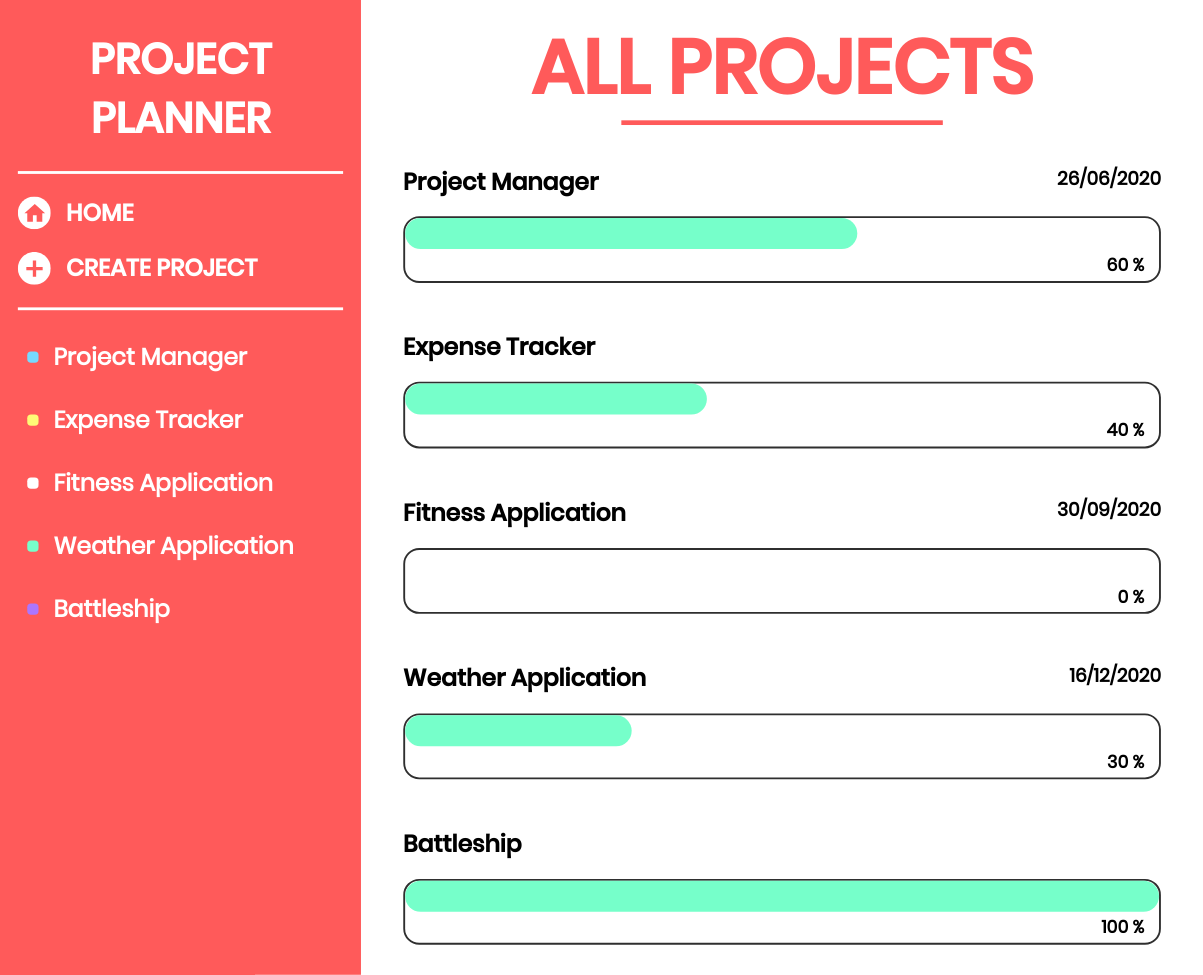
Repository: AzharMoosa/project-manager
Page: /
An editor plug-in stored every save of this project. The page is shown before and after a run of saves, followed by the edit.
The browser window is 1280 px wide. The pictures show the whole page, at 94% of full size.
The project was rebuilt for these pictures with package versions that can differ from the ones it lists, and the page was loaded fresh each time.

Above is the page before, as saved 2020-06-22 11:26:17.

### public/index.html
<!DOCTYPE html>
<html lang="en">
  <head>
    <meta charset="utf-8" />
    <link rel="icon" href="%PUBLIC_URL%/favicon.ico" />
    <meta name="viewport" content="width=device-width, initial-scale=1" />
    <meta name="theme-color" content="#000000" />
    <meta
      name="description"
      content="Web site created using create-react-app"
    />
    <link rel="apple-touch-icon" href="%PUBLIC_URL%/logo192.png" />

    <link rel="manifest" href="%PUBLIC_URL%/manifest.json" />

    <title>Project Planner</title>
  </head>
  <body>
    <noscript>You need to enable JavaScript to run this app.</noscript>
    <div id="root"></div>
  </body>
</html>

### src/App.js
import React from "react";
import Sidebar from "./components/sidebar/Siebar";
import Home from "./components/home/Home";
import { ProjectProvider } from "./ProjectContext";

import "./App.css";

function App() {
  return (
    <ProjectProvider>
      <div className='container'>
        <Sidebar />
        <Home />
      </div>
    </ProjectProvider>
  );
}

export default App;

### src/components/sidebar/Siebar.js
import React from "react";
import Header from "./Header";
import ProjectList from "../project-list/ProjectList";

const Siebar = () => {
  return (
    <div className='sidebar'>
      <Header />
      <ProjectList />
    </div>
  );
};

export default Siebar;

### src/components/home/Home.js
import React, { useContext } from "react";
import ProgectProgress from "./ProgectProgress";
import { ProjectContext } from "../../ProjectContext";

const Home = () => {
  // eslint-disable-next-line
  const [projects, setProjects] = useContext(ProjectContext);

  return (
    <div className='home'>
      <h1 className='home-title'>ALL PROJECTS</h1>
      {projects.map((project) => (
        <ProgectProgress
          name={project.name}
          date={project.date}
          progress={project.progress}
          key={project.id}
        />
      ))}
    </div>
  );
};

export default Home;

### src/ProjectContext.js
import React, { useState, createContext } from "react";

export const ProjectContext = createContext();

export const ProjectProvider = (props) => {
  const [projects, setProjects] = useState([
    {
      name: "Project Manager",
      overview:
        "A project management application which allows you to plan personal projects and track its progress.  Create detail plans of projects before developing projects.",
      tools: ["HTML", "CSS", "JAVASCRIPT", "REACT"],
      progress: 60,
      tasks: [
        "Create Project Plans",
        "Todo List for Each Project",
        "Track Progress",
        "Priority List",
        "Choose Tools In Each Project",
        "Clean And Simple Design",
        "Use REACT",
      ],
      color: "blue",
      date: "26/06/2020",
      id: 28392,
    },

    {
      name: "Expense Tracker",
      overview:
        "A expense tracker application which allows you to budget and track your savings.  Track what expenses you have",
      tools: ["HTML", "CSS", "JAVASCRIPT", "REACT"],
      progress: 40,
      tasks: [
        "Expenses In And Out",
        "Current Balance",
        "Highest Money Out",
        "Clean And Simple Design",
        "Use REACT",
      ],
      color: "yellow",
      date: "",
      id: 2032,
    },

    {
      name: "Fitness Application",
      overview:
        "A fitness application which can track workouts and meal plans. Plan exercise routines and meal plans all in one hub.",
      tools: [
        "HTML",
        "CSS",
        "JAVASCRIPT",
        "REACT",
        "NODEJS",
        "EXPRESS",
        "MONGODB",
      ],
      progress: 0,
      tasks: [
        "Exercise Plan",
        "Diet Plan",
        "Clean And Simple Design",
        "Use REACT",
      ],
      color: "white",
      date: "30/09/2020",
      id: 203234,
    },

    {
      name: "Weather Application",
      overview:
        "A weather application which can track weather and climate. See weather and climate for different locations all around the world.",
      tools: ["HTML", "CSS", "JAVASCRIPT", "REACT", "ADOBE XD"],
      progress: 30,
      tasks: [
        "Weather",
        "Temp, Humidity, Pressure",
        "Clean And Simple Design",
        "Use REACT",
      ],
      color: "green",
      date: "16/12/2020",
      id: 20327734,
    },

    {
      name: "Battleship",
      overview: "Battleship created in REACT and using Javascript Testing.",
      tools: ["HTML", "CSS", "JAVASCRIPT", "REACT", "ADOBE XD", "JEST"],
      progress: 100,
      tasks: [
        "Battleship Game",
        "Using Testing",
        "Clean And Simple Design",
        "Use REACT",
      ],
      color: "purple",
      date: "",
      id: 2027734,
    },
  ]);

  return (
    <ProjectContext.Provider value={[projects, setProjects]}>
      {props.children}
    </ProjectContext.Provider>
  );
};

### src/App.css
:root {
  --red: #ff5a5a;
  --green: #76ffca;
  --blue: #76daff;
  --yellow: #fffa76;
  --purple: #ab76ff;
}

/* CSS RESET */

* {
  margin: 0;
  padding: 0;
  box-sizing: border-box;
}

/* Fonts */

@font-face {
  font-family: "Poppins-Med";
  src: url("./fonts/Poppins-Medium.ttf");
}

@font-face {
  font-family: "Poppins-Reg";
  src: url("./fonts/Poppins-Regular.ttf");
}

/* Body */

body {
  font-family: "Poppins-Reg";
  line-height: 1.4;
}

/* Utilities */

/* Bullet Points */

.white:before,
.blue:before,
.yellow:before,
.green:before,
.purple:before {
  content: " ";
  height: 12px;
  width: 12px;
  margin-right: 1rem;
  border-radius: 4px;
}

.blue:before {
  background-color: var(--blue);
}

.yellow:before {
  background-color: var(--yellow);
}

.green:before {
  background-color: var(--green);
}

.purple:before {
  background-color: var(--purple);
}

.white:before {
  background-color: #fff;
}

/* Container */
.container {
  display: flex;
}

/* Sidebar */
.sidebar {
  width: 30vw;
  background-color: var(--red);
  min-height: 100vh;
  color: #fff;
}

.title {
  font-size: 45px;
  font-family: "Poppins-Med";
  text-align: center;
  padding-top: 2rem;
}

.nav-btns::after,
.nav-btns:before {
  content: " ";
  display: block;
  border-bottom: 3px solid #fff;
  width: 100%;
  margin: 1.5rem auto;
}

.nav-btns {
  width: 90%;
  margin: auto;
}

.home-btn,
.create-project-btn {
  display: flex;
  align-items: center;
  margin-top: 1.5rem;
}

.home-btn h3,
.create-project-btn h3 {
  margin-left: 1rem;
  font-family: "Poppins-Med";
  font-size: 25px;
}

.home-btn svg,
.create-project-btn svg {
  cursor: pointer;
}

/* Home */

.home {
  width: 70vw;
  display: flex;
  flex-direction: column;
}

.home-title {
  font-size: 80px;
  font-family: "Poppins-Med";
  color: var(--red);
  text-align: center;
  margin-top: 1rem;
}

.home-title:after {
  content: " ";
  display: block;
  border-bottom: 5px solid var(--red);
  width: 342px;
  margin: 0 auto 1.5rem auto;
}

/* Project Sidebar List */
.project-side {
  width: 85%;
  margin: 2rem auto;
  display: flex;
  align-items: center;
  cursor: pointer;
}

.project-side h3 {
  font-size: 25px;
}

/* Progress Bar */
.progressbar {
  width: 90%;
  background-color: #fff;
  border: 2px solid #2f2f2f;
  border-radius: 17px;
  margin: 0 auto 2rem auto;
}

.progressbar > div {
  background-color: var(--green);
  height: 33px;
  border-radius: 17px;
}

.progressbar h3 {
  display: flex;
  justify-content: flex-end;
  align-items: center;
  line-height: 1.8;
  margin-right: 1rem;
}

/* Project List */

.project-title {
  width: 90%;
  margin: 1.2rem auto;
  display: flex;
  justify-content: space-between;
}

.project-title h3 {
  font-size: 25px;
  font-family: "Poppins-Med";
}

.project-title h4 {
  font-size: 20px;
  font-family: "Poppins-Reg";
}

### src/components/sidebar/Header.js
import React from "react";

const Header = () => {
  return (
    <div>
      <h1 className='title'>PROJECT PLANNER</h1>
      <div className='nav-btns'>
        <div className='home-btn'>
          <svg
            xmlns='http://www.w3.org/2000/svg'
            width='35'
            height='35'
            viewBox='0 0 35 35'
          >
            <g
              id='Home_Btn'
              data-name='Home Btn'
              transform='translate(-139 -182)'
            >
              <circle
                id='Ellipse_1'
                data-name='Ellipse 1'
                cx='17.5'
                cy='17.5'
                r='17.5'
                transform='translate(139 182)'
                fill='#fff'
              />
              <path
                id='icons8-home'
                d='M12,2.1,1,12H4v9h6V14h4v7h6V12h3Z'
                transform='translate(145 187.9)'
                fill='#ff5a5a'
              />
            </g>
          </svg>
          <h3>HOME</h3>
        </div>

        <div className='create-project-btn'>
          <svg
            xmlns='http://www.w3.org/2000/svg'
            width='35'
            height='35'
            viewBox='0 0 35 35'
          >
            <g id='Group_6' data-name='Group 6' transform='translate(-50 -242)'>
              <circle
                id='Ellipse_2'
                data-name='Ellipse 2'
                cx='17.5'
                cy='17.5'
                r='17.5'
                transform='translate(50 242)'
                fill='#fff'
              />
              <path
                id='icons8-plus'
                d='M8.922,2V8.922H2v1.538H8.922v6.922h1.538V10.461h6.922V8.922H10.461V2Z'
                transform='translate(58 250)'
                fill='#ff5a5a'
                stroke='#ff5a5a'
                strokeWidth='2'
                fillRule='evenodd'
              />
            </g>
          </svg>
          <h3>CREATE PROJECT</h3>
        </div>
      </div>
    </div>
  );
};

export default Header;

### src/components/project-list/ProjectList.js
import React, { useContext } from "react";
import { ProjectContext } from "../../ProjectContext";
import ProjectSide from "./ProjectSide";

const ProjectList = () => {
  // eslint-disable-next-line
  const [projects, setProjects] = useContext(ProjectContext);

  return (
    <div>
      {projects.map((project) => (
        <ProjectSide
          name={project.name}
          color={project.color}
          key={project.id}
        />
      ))}
    </div>
  );
};

export default ProjectList;

### src/components/home/ProgectProgress.js
import React from "react";
import ProgressBar from "./ProgressBar";

const ProgectProgress = ({ name, date, progress }) => {
  return (
    <div className='project-progress'>
      <div className='project-title'>
        <h3>{name}</h3>
        <h4>{date}</h4>
      </div>
      <ProgressBar progress={progress} />
    </div>
  );
};

export default ProgectProgress;

### src/components/project-list/ProjectSide.js
import React from "react";

const Project = ({ name, color }) => {
  return (
    <div className={`project-side ${color}`}>
      <h3>{name}</h3>
    </div>
  );
};

export default Project;

### src/components/home/ProgressBar.js
import React from "react";

const ProgressBar = ({ progress }) => {
  return (
    <div className='progressbar'>
      <div style={{ width: `${progress}%` }}></div>
      <h3>{progress} %</h3>
    </div>
  );
};

export default ProgressBar;

Loaded but not shown: src/index.js (common file)

After the next 2 saves:
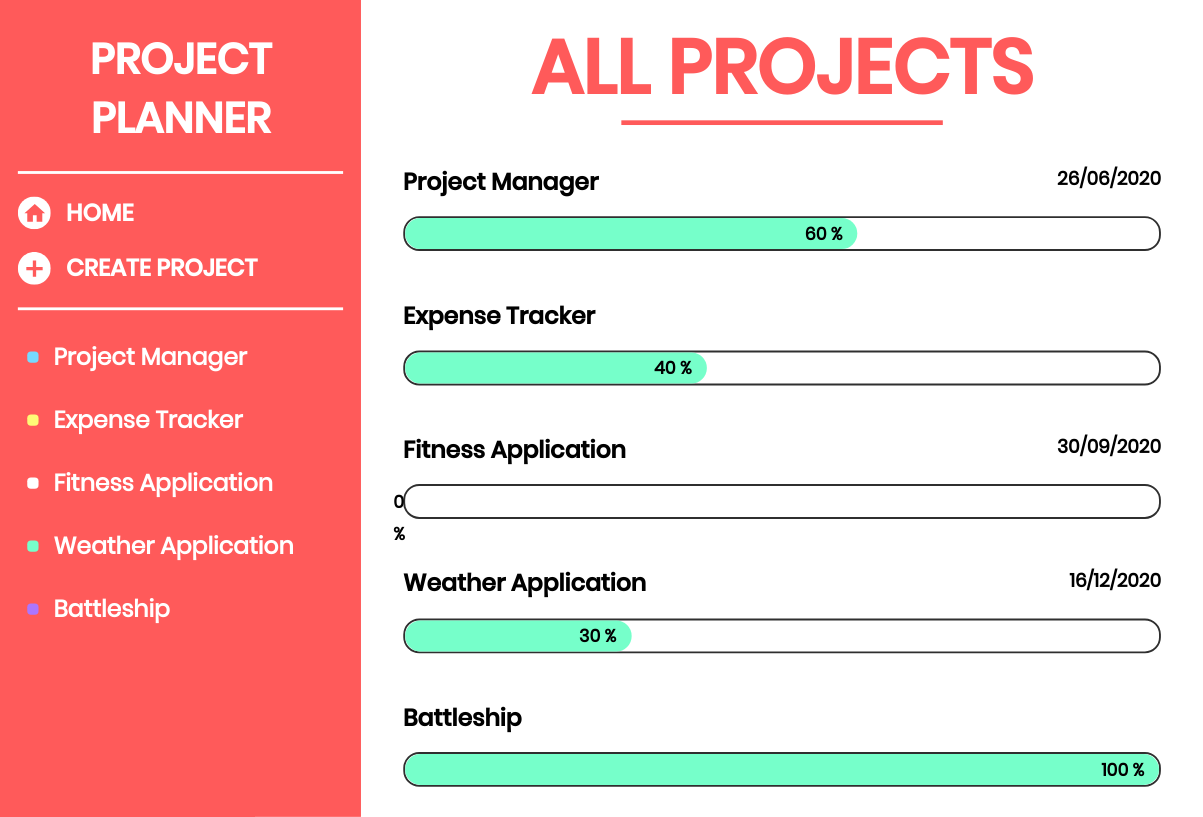
The 2 saves are shown as one change because they came seconds apart.
The last was saved 11 s later.
--- a/src/components/home/ProgressBar.js
+++ b/src/components/home/ProgressBar.js
@@ -3,8 +3,10 @@ import React from "react";
 const ProgressBar = ({ progress }) => {
   return (
     <div className='progressbar'>
-      <div style={{ width: `${progress}%` }}></div>
-      <h3>{progress} %</h3>
+      <div style={{ width: `${progress}%` }}>
+        {" "}
+        <h3>{progress} %</h3>
+      </div>
     </div>
   );
 };
